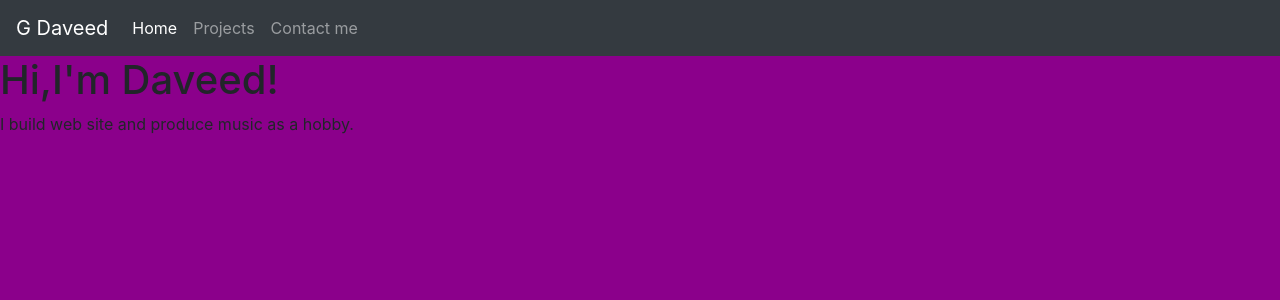
Repository: DaveedGangi/DaveedWebsite
Page: one.html
The author's editor kept a copy of each file at every save. The page is drawn from the files as they stood at one save, then again after a run of saves.
The browser window is 1280 px wide. The pictures show the whole page.

Above is the page before, as saved 2023-09-25 12:07:47.

### one.html
<html>
    <head>
    <link rel="stylesheet" href="two.css"></link>
    <link rel="stylesheet" href="https://cdn.jsdelivr.net/npm/bootstrap@4.5.3/dist/css/bootstrap.min.css" integrity="sha384-TX8t27EcRE3e/ihU7zmQxVncDAy5uIKz4rEkgIXeMed4M0jlfIDPvg6uqKI2xXr2" crossorigin="anonymous">
    <script src="https://code.jquery.com/jquery-3.5.1.slim.min.js" integrity="sha384-DfXdz2htPH0lsSSs5nCTpuj/zy4C+OGpamoFVy38MVBnE+IbbVYUew+OrCXaRkfj" crossorigin="anonymous"></script>
    <script src="https://cdn.jsdelivr.net/npm/bootstrap@4.5.3/dist/js/bootstrap.bundle.min.js" integrity="sha384-ho+j7jyWK8fNQe+A12Hb8AhRq26LrZ/JpcUGGOn+Y7RsweNrtN/tE3MoK7ZeZDyx" crossorigin="anonymous"></script>



</head>

<body>
<div class="bgcontainer">
    <nav class="navbar navbar-expand-lg navbar-dark bg-dark">
        <a class="navbar-brand" href="#">G Daveed</a>
        <button class="navbar-toggler" type="button" data-toggle="collapse" data-target="#navbarNavAltMarkup" aria-controls="navbarNavAltMarkup" aria-expanded="false" aria-label="Toggle navigation">
          <span class="navbar-toggler-icon"></span>
        </button>
        <div class="collapse navbar-collapse" id="navbarNavAltMarkup">
          <div class="navbar-nav">
            <a class="nav-link active" href="#">Home <span class="sr-only">(current)</span></a>
            <a class="nav-link" href="#">Projects</a>
            <a class="nav-link" href="#">Contact me</a>

          </div>
        </div>
      </nav>


      <div class="mystory">
        <h1 class="hi">Hi,I'm Daveed!</h1>
        <p class="paragraph">I build web site and produce music as a hobby.</p>
      </div>





    </div>

</body>
</html>

### two.css
.bgcontainer {
    background-color: darkmagenta;
    height:100vh;
    background-size:cover;

}
.mystory{
    color:
}

After the next 2 saves:
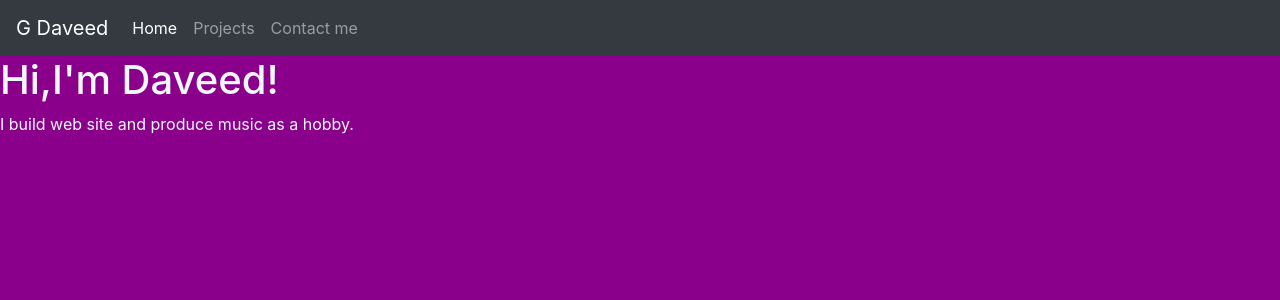
The 2 saves are shown as one change because they came seconds apart.
The last was saved 9 s later.
--- a/two.css
+++ b/two.css
@@ -5,5 +5,5 @@
 
 }
 .mystory{
-    color:
+    color:aliceblue;
 }
